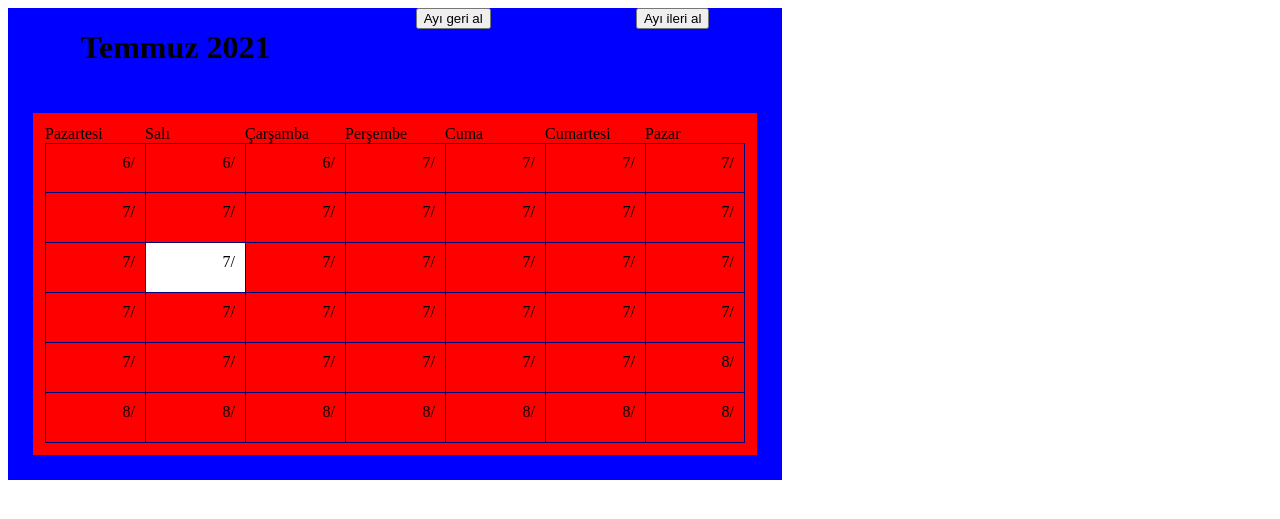
Repository: ahmetbugraozcan/javascript-calendar
Page: tablo.html
An editor plug-in stored every save of this project. The page is shown before and after a run of saves, followed by the edit.
The browser window is 1280 px wide. The pictures show the whole page.

Above is the page before, as saved 2021-07-13 12:00:18.

### tablo.html
<!DOCTYPE html>
<html lang="en">

<head>
    <meta charset="UTF-8">
    <meta http-equiv="X-UA-Compatible" content="IE=edge">
    <meta name="viewport" content="width=device-width, initial-scale=1.0">
    <title>Document</title>
</head>
<!--pazartesi salı çarş... için arrayler oluştur. arraylere göre günleri yerleştir.-->
<!--Veritabanı için dizi içinden kontroledivez. örneğin pazartesi[1] değeri 12 mayıs 2021 e eşitse databasede bununla eşleşen değeri getir
    ardından pazartesi[1] e eşdeğer olan id'li divin içeriği değişecek.-->

<style>
    * {
        box-sizing: border-box;
    }

    .cell-last {
        border-right: 1px solid navy;

    }

    .cell-top {
        border-top: 1px solid navy;
    }

    /* her hücre*/
    .cell,
    .cell-top,
    .cell-last {
        text-align: right;
        padding: 10px;
        text-overflow: clip;
        white-space: nowrap;
        overflow: hidden;
        border-bottom: 1px solid navy;
        border-left: 1px solid navy;
        width: 100px;
        height: 50px;
    }


    /*tablonun kendisi*/
    .calendar {
        margin: 25px;
        padding: 12px;
        display: flex;
        width: fit-content;
        background-color: red;
    }


    .container {
        background-color: blue;
        display: flex;
        width: fit-content;
        flex-direction: column;
    }

    .test {
        display: flex;
        justify-content: space-around;
    }
</style>

<body>

    <div class="container">

        <div class="test">
            <h1 id="currentDate"></h1>
            <span><button type="button" onclick="previousDate()">Ayı geri al</button></span>
            <span><button type="button" onclick="nextDate()">Ayı ileri al</button></span>
        </div>
        <div class="calendar">
            <div>
                <div>Pazartesi</div>
                <div class="cell-top" id="pazartesi0">1</div>
                <div class="cell" id="pazartesi1">1</div>
                <div class="cell" id="pazartesi2">1</div>
                <div class="cell" id="pazartesi3">1</div>
                <div class="cell" id="pazartesi4">1</div>
                <div class="cell" id="pazartesi5">1</div>
            </div>
            <div>
                <div>Salı</div>
                <div class="cell-top" id="sali0">1</div>
                <div class="cell" id="sali1">1</div>
                <div class="cell" id="sali2">1</div>
                <div class="cell" id="sali3">1</div>
                <div class="cell" id="sali4">1</div>
                <div class="cell" id="sali5">1</div>
            </div>
            <div>
                <div>Çarşamba</div>
                <div class="cell-top" id="carsamba0">1</div>
                <div class="cell" id="carsamba1">1</div>
                <div id="carsamba2" class="cell">1</div>
                <div id="carsamba3" class="cell">1</div>
                <div id="carsamba4" class="cell">1</div>
                <div id="carsamba5" class="cell">1</div>
            </div>
            <div>
                <div>Perşembe</div>
                <div class="cell-top" id="persembe0">1</div>
                <div class="cell" id="persembe1">1</div>
                <div id="persembe2" class="cell">1</div>
                <div id="persembe3" class="cell">1</div>
                <div id="persembe4" class="cell">1</div>
                <div id="persembe5" class="cell">1</div>
            </div>
            <div>
                <div>Cuma</div>
                <div class="cell-top" id="cuma0">1</div>
                <div class="cell" id="cuma1">1</div>
                <div id="cuma2" class="cell">1</div>
                <div id="cuma3" class="cell">1</div>
                <div id="cuma4" class="cell">1</div>
                <div id="cuma5" class="cell">1</div>
            </div>
            <div>
                <div>Cumartesi</div>
                <div class="cell-top" id="cumartesi0">1</div>
                <div class="cell" id="cumartesi1">1</div>
                <div class="cell" id="cumartesi2">1</div>
                <div class="cell" id="cumartesi3">1</div>
                <div class="cell" id="cumartesi4">1</div>
                <div class="cell" id="cumartesi5">1</div>

            </div>
            <div>
                <div>Pazar</div>
                <div id="pazar0" class="cell-top" style="border-right: 1px solid navy;">1</div>
                <div id="pazar1" class="cell-last">1</div>
                <div id="pazar2" class="cell-last">1</div>
                <div id="pazar3" class="cell-last">1</div>
                <div id="pazar4" class="cell-last">1</div>
                <div id="pazar5" class="cell-last">1</div>
            </div>
        </div>
    </div>
    <script src="takvim.js">

    </script>



</html>

### takvim.js
function daysInMonth(month, year) {
    return new Date(year, month, 0).getDate();
}
var currentDate = new Date();
var pazartesi = [];
var sali = [];
var carsamba = [];
var persembe = [];
var cuma = [];
var cumartesi = [];
var pazar = [];
var gunler = ["pazar", "pazartesi", "sali", "carsamba", "persembe", "cuma", "cumartesi"];
var baslanacakDate = new Date(currentDate.getFullYear(), currentDate.getMonth(), 1);
var currentMonth = baslanacakDate.getMonth();
var currentYear = baslanacakDate.getFullYear();

fillCalendar();

function fillCalendar() {

    var firstDate = baslanacakDate.getDay();
    if (firstDate == 0) {
        firstDate = 7;
    }
    baslanacakDate.setDate((baslanacakDate.getDate()) - (firstDate));
    // var today = new Date();
    // var todayWithoutTime = new Date(today.getFullYear(), today.getMonth(), today.getDate() );


    var counter = 0;
    for (let i = 1; i <= 42; i++) {
        baslanacakDate.setDate((baslanacakDate.getDate()) + (1));
        // bir tabloda 42 gün var o ayın kaç çektiğini bul bu aydan geriye kaç sayacağız ona bul bu aydan ileri kaç sayacağız onu bul ve ona göre bir date oluştur.
        //ardından bu for döngüsünü kullan

        // if(baslanacakDate.toDateString() ==  todayWithoutTime.toDateString()){
        //     console.log("bugün eşitlendi : " + i);
        //     counter = i;
        // }

        switch (baslanacakDate.getDay()) {
            case 0:
                pazar.push(baslanacakDate.toLocaleDateString());

                break;
            case 1:
                pazartesi.push(baslanacakDate.toLocaleDateString());
                break;
            case 2:
                sali.push(baslanacakDate.toLocaleDateString());
                break;
            case 3:
                carsamba.push(baslanacakDate.toLocaleDateString());
                break;

            case 4:
                persembe.push(baslanacakDate.toLocaleDateString());
                break;

            case 5:
                cuma.push(baslanacakDate.toLocaleDateString());
                break;

            case 6:
                cumartesi.push(baslanacakDate.toLocaleDateString());
                break;
        }
    }


    document.getElementById("currentDate").innerHTML = getMonthAsString(currentMonth) + " " + currentYear ;
    for (let i = 0; i < 6; i++) {
        document.getElementById(`pazar${i}`).innerHTML = getDayAsString(pazar[i]);
        document.getElementById(`pazartesi${i}`).innerHTML = getDayAsString(pazartesi[i]);
        document.getElementById(`sali${i}`).innerHTML = getDayAsString(sali[i]);
        document.getElementById(`carsamba${i}`).innerHTML = getDayAsString(carsamba[i] );
        document.getElementById(`persembe${i}`).innerHTML =  getDayAsString(persembe[i]);
        document.getElementById(`cuma${i}`).innerHTML =  getDayAsString(cuma[i]);
        document.getElementById(`cumartesi${i}`).innerHTML =  getDayAsString(cumartesi[i]);

        document.getElementById(`pazar${i}`).style.backgroundColor = "red";
        document.getElementById(`pazartesi${i}`).style.backgroundColor = "red";
        document.getElementById(`sali${i}`).style.backgroundColor = "red";
        document.getElementById(`carsamba${i}`).style.backgroundColor = "red";
        document.getElementById(`persembe${i}`).style.backgroundColor = "red";
        document.getElementById(`cuma${i}`).style.backgroundColor = "red";
        document.getElementById(`cumartesi${i}`).style.backgroundColor = "red";




        if (pazar[i] == currentDate.toLocaleDateString()) {
            console.log("Bugün pazar");
            document.getElementById(`pazar${i}`).style.backgroundColor = "white";
        } else if (pazartesi[i] == currentDate.toLocaleDateString()) {
            console.log("Bugün pazartesi");
            document.getElementById(`pazartesi${i}`).style.backgroundColor = "white";
        } else if (sali[i] == currentDate.toLocaleDateString()) {
            console.log("Bugün sali");
            document.getElementById(`sali${i}`).style.backgroundColor = "white";
        } else if (carsamba[i] == currentDate.toLocaleDateString()) {
            console.log("Bugün carsamba");
            document.getElementById(`carsamba${i}`).style.backgroundColor = "white";
        } else if (persembe[i] == currentDate.toLocaleDateString()) {
            console.log("Bugün persembe");
            document.getElementById(`persembe${i}`).style.backgroundColor = "white";
        } else if (cuma[i] == currentDate.toLocaleDateString()) {
            console.log("Bugün cuma");
            document.getElementById(`cuma${i}`).style.backgroundColor = "white";
        } else if (cumartesi[i] == currentDate.toLocaleDateString()) {
            console.log("Bugün cumartesi");
            document.getElementById(`cumartesi${i}`).style.backgroundColor = "white";
        }
    }
}


function previousDate() {

    pazar = [];
    pazartesi = [];
    sali = [];
    carsamba = [];
    persembe = [];
    cuma = [];
    cumartesi = [];
    if (currentMonth > 0) {
        currentMonth--;
    } else {
        currentMonth = 11;
        currentYear--;
    }
    baslanacakDate = new Date(currentYear, currentMonth, 1);
    fillCalendar();


}
function getDayAsString(string){
    var donulecekString = "";
    if(string[0] == 0){
    }else{
        donulecekString += string[0];
    }
    donulecekString += string[1];
    return donulecekString;
}





function getMonthAsString(date){
    switch(date){
        case 0:
            return "Ocak";
        case 1:
            return "Şubat";
        case 2:
            return "Mart";
        case 3:
            return "Nisan";
         case 4:
            return "Mayıs";
        case 5:
            return "Haziran";
        case 6:
            return "Temmuz";
        case 7:
            return "Ağustos";
        case 8:
            return "Eylül";
        case 9:
            return "Ekim";
        case 10:
            return "Kasım";
        case 11:
            return "Aralık";
    }
}

function nextDate() {

    pazar = [];
    pazartesi = [];
    sali = [];
    carsamba = [];
    persembe = [];
    cuma = [];
    cumartesi = [];
    if (currentMonth < 11) {
        currentMonth++;
    } else {
        currentMonth = 0;
        currentYear++;
    }
    baslanacakDate = new Date(currentYear, currentMonth, 1);
    fillCalendar();

}

After the next 2 saves:
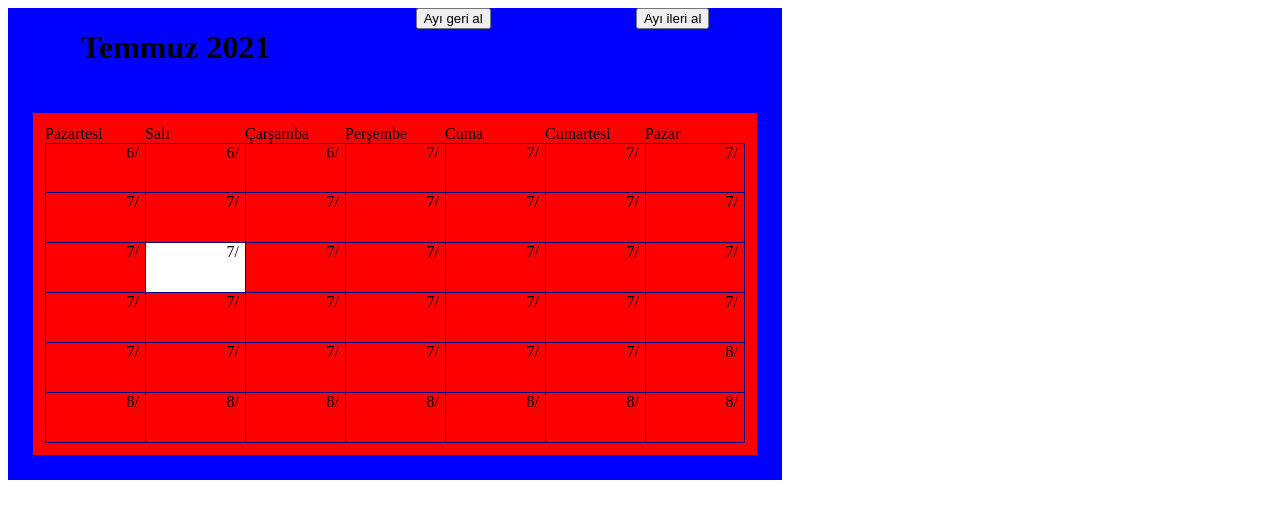
The 2 saves are shown as one change because they came seconds apart.
The last was saved 13 s later.
--- a/tablo.html
+++ b/tablo.html
@@ -30,7 +30,7 @@
     .cell-top,
     .cell-last {
         text-align: right;
-        padding: 10px;
+        padding-right: 6px;
         text-overflow: clip;
         white-space: nowrap;
         overflow: hidden;
